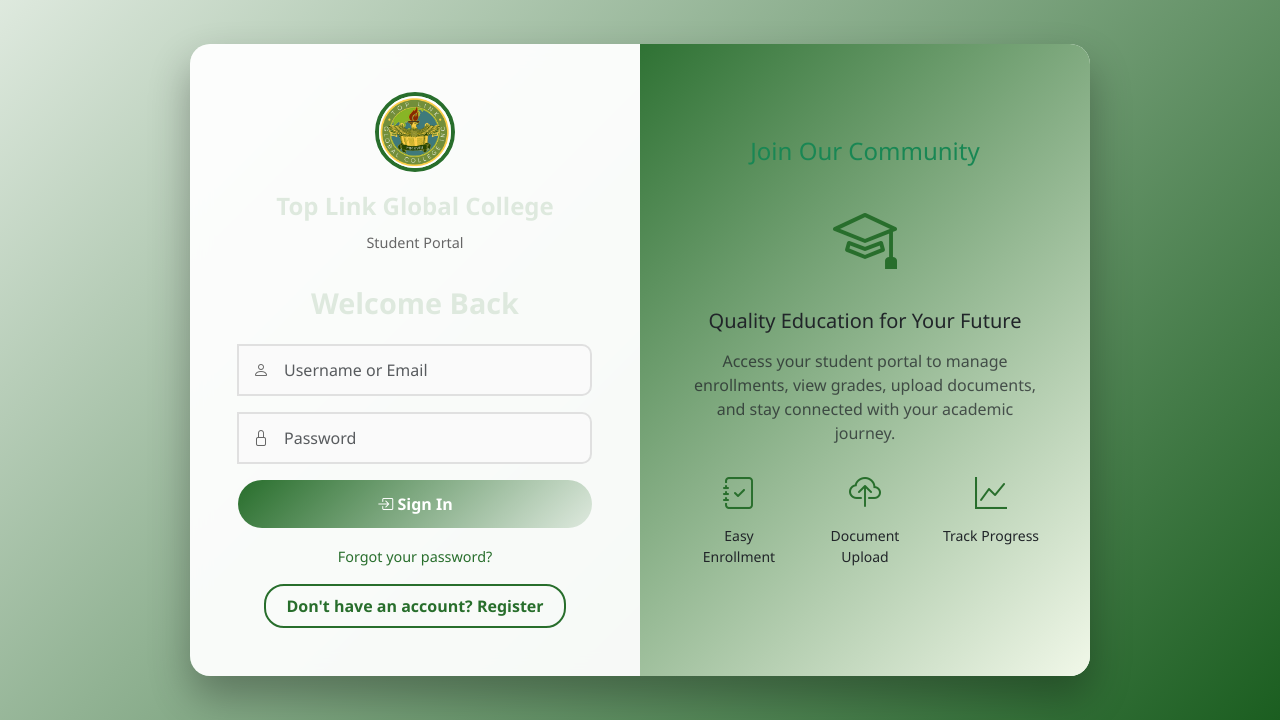
Repository: partymaker01/IT2C_Enrollment_System_SourceCode
Page: http://localhost/IT2C_Enrollment_System_SourceCode/logregfor/login.php
The author's editor kept a copy of each file at every save. The page is drawn from the files as they stood at one save, then again after the next save.
The browser window is 1280 px wide. The pictures show the whole page.
The page is run by PHP 8.4 with error messages shown; the project is at /var/www/html/.

Above is the page before, as saved 2025-06-08 22:56:19.

### logregfor/login.php
<?php
session_start();

// Redirect if already logged in
if (isset($_SESSION['student_id'])) {
    header("Location: ../student/student-dashboard.php");
    exit;
}

require_once '../db.php';

$message = '';
$messageType = '';

// Handle Registration
if ($_SERVER['REQUEST_METHOD'] === 'POST' && ($_POST['form_action'] ?? '') === 'register') {
    $username = trim($_POST['username'] ?? '');
    $firstName = trim($_POST['first_name'] ?? '');
    $middleName = trim($_POST['middle_name'] ?? '');
    $lastName = trim($_POST['last_name'] ?? '');
    $email = trim($_POST['email'] ?? '');
    $password = $_POST['password'] ?? '';
    $confirmPassword = $_POST['confirm_password'] ?? '';

    $errors = [];

    // Validation
    if (empty($username)) $errors[] = "Username is required.";
    if (empty($firstName)) $errors[] = "First name is required.";
    if (empty($lastName)) $errors[] = "Last name is required.";
    if (empty($email) || !filter_var($email, FILTER_VALIDATE_EMAIL)) $errors[] = "Valid email is required.";
    if (empty($password)) $errors[] = "Password is required.";
    if (strlen($password) < 6) $errors[] = "Password must be at least 6 characters long.";
    if ($password !== $confirmPassword) $errors[] = "Passwords do not match.";

    // Check if username or email already exists
    if (empty($errors)) {
        $stmt = $pdo->prepare("SELECT student_id FROM students WHERE username = ? OR email = ?");
        $stmt->execute([$username, $email]);
        if ($stmt->fetch()) {
            $errors[] = "Username or email already exists.";
        }
    }

    if (empty($errors)) {
        try {
            $hashedPassword = password_hash($password, PASSWORD_DEFAULT);
            $stmt = $pdo->prepare("INSERT INTO students (username, first_name, middle_name, last_name, email, password) VALUES (?, ?, ?, ?, ?, ?)");
            $stmt->execute([$username, $firstName, $middleName, $lastName, $email, $hashedPassword]);

            $message = "Registration successful! You can now log in.";
            $messageType = "success";
        } catch (PDOException $e) {
            $errors[] = "Registration failed. Please try again.";
        }
    }

    if (!empty($errors)) {
        $message = implode('<br>', $errors);
        $messageType = "danger";
    }
}

// Handle Login
if ($_SERVER['REQUEST_METHOD'] === 'POST' && ($_POST['form_action'] ?? '') === 'login') {
    $username = trim($_POST['username'] ?? '');
    $password = $_POST['password'] ?? '';

    if (empty($username) || empty($password)) {
        $message = "Please enter both username and password.";
        $messageType = "warning";
    } else {
        try {
            $stmt = $pdo->prepare("SELECT student_id, password, first_name FROM students WHERE username = ? OR email = ?");
            $stmt->execute([$username, $username]);
            $user = $stmt->fetch();

            if ($user && password_verify($password, $user['password'])) {
                $_SESSION['student_id'] = $user['student_id'];
                $_SESSION['student_name'] = $user['first_name'];
                $_SESSION['login_time'] = time();

                header("Location: ../student/student-dashboard.php");
                exit;
            } else {
                $message = "Invalid username/email or password.";
                $messageType = "danger";
            }
        } catch (PDOException $e) {
            $message = "Login failed. Please try again.";
            $messageType = "danger";
        }
    }
}
?>

<!DOCTYPE html>
<html lang="en">
<head>
    <meta charset="UTF-8">
    <meta name="viewport" content="width=device-width, initial-scale=1">
    <title>Student Portal - Top Link Global College</title>
    <link href="https://cdn.jsdelivr.net/npm/bootstrap@5.3.2/dist/css/bootstrap.min.css" rel="stylesheet">
    <link href="https://cdn.jsdelivr.net/npm/bootstrap-icons@1.11.0/font/bootstrap-icons.css" rel="stylesheet">
    <link rel="icon" href="../picture/tlgc_pic.jpg" type="image/x-icon">
    <style>
        :root {
            --primary-green:rgb(222, 233, 222);
            --light-green:rgb(47, 114, 52);
            --accent-green:rgb(40, 110, 44);
            --hover-green: #c8e6c9;
            --dark-green: #1b5e20;
        }

        body {
            background: linear-gradient(135deg, var(--primary-green) 0%, var(--dark-green) 100%);
            min-height: 100vh;
            font-family: 'Segoe UI', Tahoma, Geneva, Verdana, sans-serif;
            display: flex;
            align-items: center;
            justify-content: center;
        }

        .login-container {
            background: rgba(255, 255, 255, 0.95);
            backdrop-filter: blur(10px);
            border-radius: 20px;
            box-shadow: 0 20px 40px rgba(0, 0, 0, 0.3);
            overflow: hidden;
            width: 100%;
            max-width: 900px;
            min-height: 600px;
            display: flex;
        }

        .login-form-section {
            flex: 1;
            padding: 3rem;
            display: flex;
            flex-direction: column;
            justify-content: center;
        }

        .register-form-section {
            flex: 1;
            padding: 3rem;
            display: flex;
            flex-direction: column;
            justify-content: center;
            background: linear-gradient(135deg, var(--light-green) 0%, #f1f8e9 100%);
        }

        .school-header {
            text-align: center;
            margin-bottom: 2rem;
        }

        .school-logo {
            width: 80px;
            height: 80px;
            object-fit: cover;
            border-radius: 50%;
            border: 4px solid var(--accent-green);
            margin-bottom: 1rem;
        }

        .school-name {
            color: var(--primary-green);
            font-weight: 700;
            font-size: 1.5rem;
            margin-bottom: 0.5rem;
        }

        .school-subtitle {
            color: #666;
            font-size: 0.9rem;
        }

        .form-title {
            color: var(--primary-green);
            font-weight: 700;
            font-size: 1.8rem;
            margin-bottom: 1.5rem;
            text-align: center;
        }

        .form-control {
            border: 2px solid #e0e0e0;
            border-radius: 10px;
            padding: 12px 15px;
            transition: all 0.3s ease;
            background-color: #fafafa;
        }

        .form-control:focus {
            border-color: var(--accent-green);
            box-shadow: 0 0 0 0.25rem rgba(67, 160, 71, 0.25);
            background-color: #fff;
        }

        .btn-login {
            background: linear-gradient(135deg, var(--accent-green) 0%, var(--primary-green) 100%);
            border: none;
            color: white;
            font-weight: 600;
            padding: 12px 30px;
            border-radius: 25px;
            transition: all 0.3s ease;
            width: 100%;
        }

        .btn-login:hover {
            transform: translateY(-2px);
            box-shadow: 0 8px 20px rgba(67, 160, 71, 0.4);
            color: white;
        }

        .btn-toggle {
            background: transparent;
            border: 2px solid var(--accent-green);
            color: var(--accent-green);
            font-weight: 600;
            padding: 8px 20px;
            border-radius: 20px;
            transition: all 0.3s ease;
            margin-top: 1rem;
        }

        .btn-toggle:hover {
            background: var(--accent-green);
            color: white;
        }

        .form-section {
            display: none;
        }

        .form-section.active {
            display: block;
        }

        .input-group {
            position: relative;
            margin-bottom: 1rem;
        }

        .input-group i {
            position: absolute;
            left: 15px;
            top: 50%;
            transform: translateY(-50%);
            color: #666;
            z-index: 10;
        }

        .input-group .form-control {
            padding-left: 45px;
        }

        .forgot-password {
            text-align: center;
            margin-top: 1rem;
        }

        .forgot-password a {
            color: var(--accent-green);
            text-decoration: none;
            font-size: 0.9rem;
        }

        .forgot-password a:hover {
            text-decoration: underline;
        }

        @media (max-width: 768px) {
            .login-container {
                flex-direction: column;
                margin: 1rem;
                min-height: auto;
            }

            .login-form-section,
            .register-form-section {
                padding: 2rem;
            }
        }
    </style>
</head>
<body>
    <div class="login-container">
        <!-- Login Section -->
        <div class="login-form-section">
            <div class="school-header">
                <img src="../picture/tlgc_pic.jpg" alt="School Logo" class="school-logo">
                <div class="school-name">Top Link Global College</div>
                <div class="school-subtitle">Student Portal</div>
            </div>

            <?php if ($message): ?>
                <div class="alert alert-<?= $messageType ?> alert-dismissible fade show" role="alert">
                    <?= $message ?>
                    <button type="button" class="btn-close" data-bs-dismiss="alert"></button>
                </div>
            <?php endif; ?>

            <!-- Login Form -->
            <div class="form-section active" id="loginForm">
                <h3 class="form-title">Welcome Back</h3>
                <form method="POST" action="">
                    <input type="hidden" name="form_action" value="login">

                    <div class="input-group">
                        <i class="bi bi-person"></i>
                        <input type="text" class="form-control" name="username" placeholder="Username or Email" required>
                    </div>

                    <div class="input-group">
                        <i class="bi bi-lock"></i>
                        <input type="password" class="form-control" name="password" placeholder="Password" required>
                    </div>

                    <button type="submit" class="btn-login">
                        <i class="bi bi-box-arrow-in-right"></i> Sign In
                    </button>
                </form>

                <div class="forgot-password">
                    <a href="forgot-password.php">Forgot your password?</a>
                </div>

                <div class="text-center">
                    <button type="button" class="btn-toggle" onclick="toggleForm()">
                        Don't have an account? Register
                    </button>
                </div>
            </div>

            <!-- Register Form -->
            <div class="form-section" id="registerForm">
                <h3 class="form-title">Create Account</h3>
                <form method="POST" action="">
                    <input type="hidden" name="form_action" value="register">

                    <div class="row">
                        <div class="col-md-6">
                            <div class="input-group">
                                <i class="bi bi-person"></i>
                                <input type="text" class="form-control" name="username" placeholder="Username" required>
                            </div>
                        </div>
                        <div class="col-md-6">
                            <div class="input-group">
                                <i class="bi bi-envelope"></i>
                                <input type="email" class="form-control" name="email" placeholder="Email" required>
                            </div>
                        </div>
                    </div>

                    <div class="row">
                        <div class="col-md-4">
                            <div class="input-group">
                                <i class="bi bi-person-badge"></i>
                                <input type="text" class="form-control" name="first_name" placeholder="First Name" required>
                            </div>
                        </div>
                        <div class="col-md-4">
                            <div class="input-group">
                                <i class="bi bi-person-badge"></i>
                                <input type="text" class="form-control" name="middle_name" placeholder="Middle Name">
                            </div>
                        </div>
                        <div class="col-md-4">
                            <div class="input-group">
                                <i class="bi bi-person-badge"></i>
                                <input type="text" class="form-control" name="last_name" placeholder="Last Name" required>
                            </div>
                        </div>
                    </div>

                    <div class="row">
                        <div class="col-md-6">
                            <div class="input-group">
                                <i class="bi bi-lock"></i>
                                <input type="password" class="form-control" name="password" placeholder="Password" required>
                            </div>
                        </div>
                        <div class="col-md-6">
                            <div class="input-group">
                                <i class="bi bi-lock-fill"></i>
                                <input type="password" class="form-control" name="confirm_password" placeholder="Confirm Password" required>
                            </div>
                        </div>
                    </div>

                    <button type="submit" class="btn-login">
                        <i class="bi bi-person-plus"></i> Create Account
                    </button>
                </form>

                <div class="text-center">
                    <button type="button" class="btn-toggle" onclick="toggleForm()">
                        Already have an account? Sign In
                    </button>
                </div>
            </div>
        </div>

        <!-- Info Section -->
        <div class="register-form-section">
            <div class="text-center">
                <h4 class="text-success mb-4">Join Our Community</h4>
                <div class="mb-4">
                    <i class="bi bi-mortarboard" style="font-size: 4rem; color: var(--accent-green);"></i>
                </div>
                <h5 class="mb-3">Quality Education for Your Future</h5>
                <p class="text-muted mb-4">
                    Access your student portal to manage enrollments, view grades,
                    upload documents, and stay connected with your academic journey.
                </p>
                <div class="row text-center">
                    <div class="col-4">
                        <i class="bi bi-journal-check" style="font-size: 2rem; color: var(--accent-green);"></i>
                        <p class="small mt-2">Easy Enrollment</p>
                    </div>
                    <div class="col-4">
                        <i class="bi bi-cloud-upload" style="font-size: 2rem; color: var(--accent-green);"></i>
                        <p class="small mt-2">Document Upload</p>
                    </div>
                    <div class="col-4">
                        <i class="bi bi-graph-up" style="font-size: 2rem; color: var(--accent-green);"></i>
                        <p class="small mt-2">Track Progress</p>
                    </div>
                </div>
            </div>
        </div>
    </div>

    <script src="https://cdn.jsdelivr.net/npm/bootstrap@5.3.2/dist/js/bootstrap.bundle.min.js"></script>
    <script>
        function toggleForm() {
            const loginForm = document.getElementById('loginForm');
            const registerForm = document.getElementById('registerForm');

            if (loginForm.classList.contains('active')) {
                loginForm.classList.remove('active');
                registerForm.classList.add('active');
            } else {
                registerForm.classList.remove('active');
                loginForm.classList.add('active');
            }
        }

        // Form validation
        document.querySelectorAll('form').forEach(form => {
            form.addEventListener('submit', function(e) {
                const passwords = this.querySelectorAll('input[type="password"]');
                if (passwords.length === 2) {
                    if (passwords[0].value !== passwords[1].value) {
                        e.preventDefault();
                        alert('Passwords do not match!');
                        return false;
                    }
                    if (passwords[0].value.length < 6) {
                        e.preventDefault();
                        alert('Password must be at least 6 characters long!');
                        return false;
                    }
                }
            });
        });
    </script>
</body>
</html>

### db.php
<?php
$servername = "localhost";
$username = "root";
$password = "";
$database = "enrollment_system";

// Create connection
$conn = new mysqli($servername, $username, $password, $database);

// Check connection
if ($conn->connect_error) {
    die("Connection failed: " . $conn->connect_error);
}
?>

After the next save:
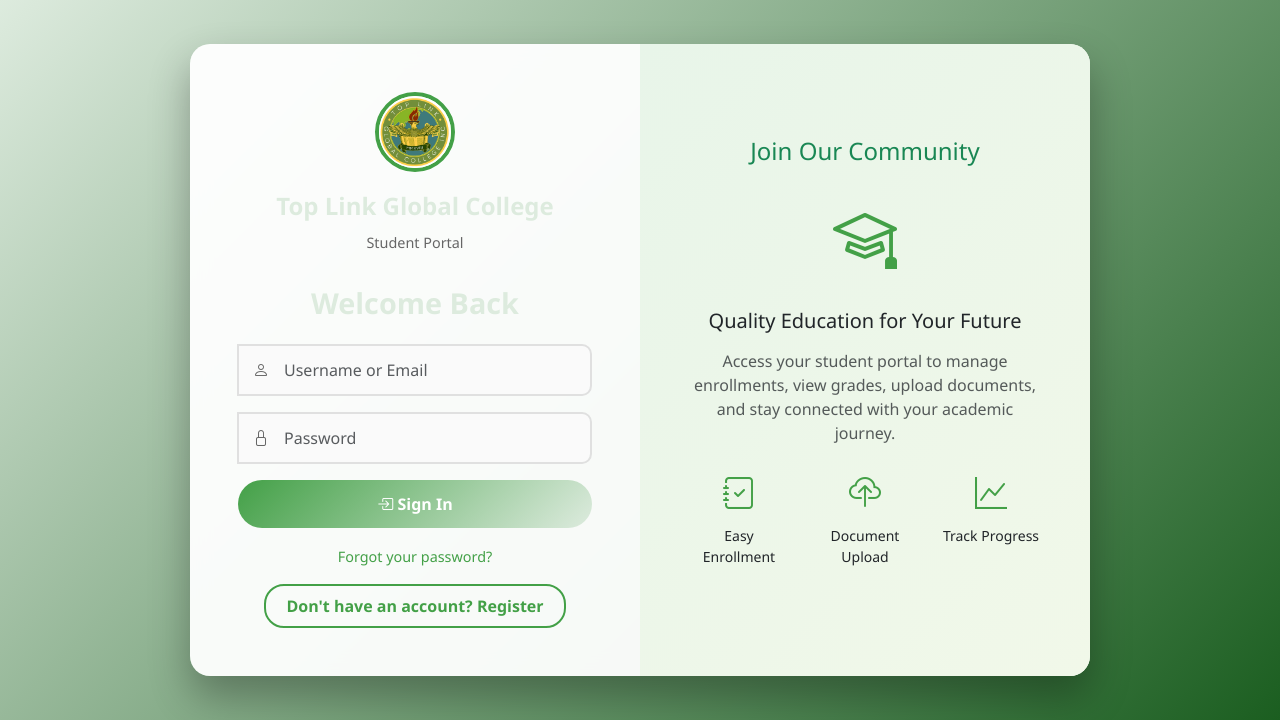
Saved 15 s later.
--- a/logregfor/login.php
+++ b/logregfor/login.php
@@ -105,9 +105,9 @@
     <link rel="icon" href="../picture/tlgc_pic.jpg" type="image/x-icon">
     <style>
         :root {
-            --primary-green:rgb(222, 233, 222);
-            --light-green:rgb(47, 114, 52);
-            --accent-green:rgb(40, 110, 44);
+            --primary-green:rgb(221, 235, 222);
+            --light-green: #e8f5e9;
+            --accent-green: #43a047;
             --hover-green: #c8e6c9;
             --dark-green: #1b5e20;
         }
